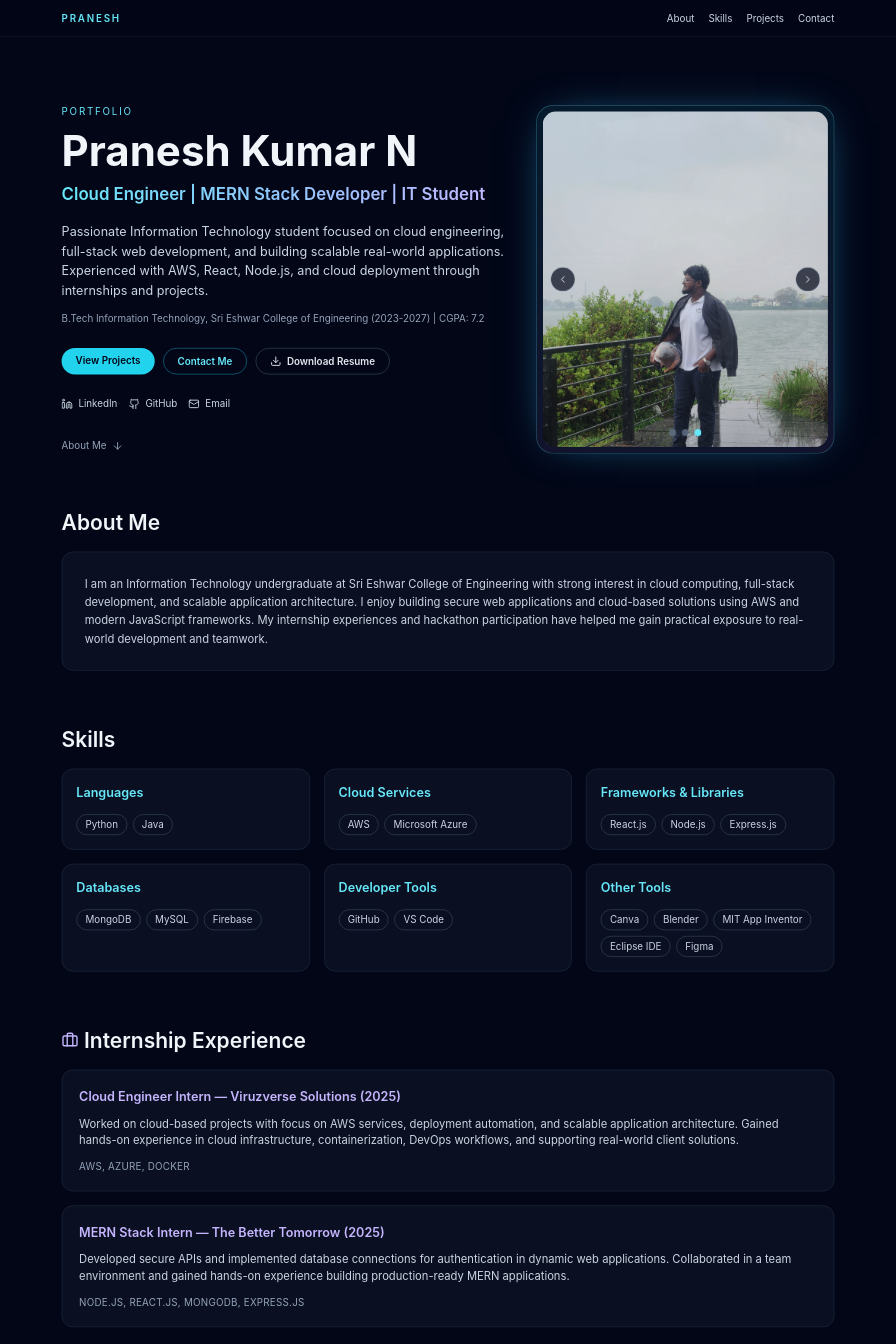
Repository: PRANEESSHHH/Portfolio
Page: /
These files come from the project's save history. The page is drawn as it stood at one moment and after the next save; the edit follows.
The browser window is 1280 px wide. The pictures show the part of the page from y = 0 to 1920 px (the page is 3549 px tall before and 3305 px after), at 70% of full size.
The project was rebuilt for these pictures with package versions that can differ from the ones it lists, and the page was loaded fresh each time. Also part of the build but not shown: vite.config.ts. Imported but missing from the stored project, and not drawn on this page: resume/PRANESH KUMAR N RESUME .pdf.

Above is the page before, as saved 2026-05-28 15:41:48.

### index.html
<!doctype html>
<html lang="en">
  <head>
    <meta charset="UTF-8" />
    <link rel="icon" type="image/svg+xml" href="/vite.svg" />
    <meta name="viewport" content="width=device-width, initial-scale=1.0" />
    <title data-default>Vite + React + TS</title>
    <meta property="og:image" content="https://bolt.new/static/og_default.png" />
    <meta name="twitter:card" content="summary_large_image" />
    <meta name="twitter:image" content="https://bolt.new/static/og_default.png" />
  </head>
  <body>
    <div id="root"></div>
    <script type="module" src="/src/main.tsx"></script>
  </body>
</html>

### src/App.tsx
import { type ReactNode, useEffect, useRef, useState } from 'react';
import {
  ArrowDown,
  Briefcase,
  ChevronLeft,
  ChevronRight,
  Download,
  Github,
  Linkedin,
  Mail,
  Phone,
  Trophy,
} from 'lucide-react';
import resumeFile from '../resume/PRANESH KUMAR N RESUME .pdf';

type SkillGroup = {
  title: string;
  items: string[];
};

type RevealProps = {
  id?: string;
  className?: string;
  children: ReactNode;
};

const skillGroups: SkillGroup[] = [
  { title: 'Languages', items: ['Python', 'Java'] },
  { title: 'Cloud Services', items: ['AWS', 'Microsoft Azure'] },
  { title: 'Frameworks & Libraries', items: ['React.js', 'Node.js', 'Express.js'] },
  { title: 'Databases', items: ['MongoDB', 'MySQL', 'Firebase'] },
  { title: 'Developer Tools', items: ['GitHub', 'VS Code'] },
  { title: 'Other Tools', items: ['Canva', 'Blender', 'MIT App Inventor', 'Eclipse IDE', 'Figma'] },
];

const internships = [
  {
    title: 'Cloud Engineer Intern — Viruzverse Solutions (2025)',
    description:
      'Worked on cloud-based projects with focus on AWS services, deployment automation, and scalable application architecture. Gained hands-on experience in cloud infrastructure, containerization, DevOps workflows, and supporting real-world client solutions.',
    stack: 'AWS, Azure, Docker',
  },
  {
    title: 'MERN Stack Intern — The Better Tomorrow (2025)',
    description:
      'Developed secure APIs and implemented database connections for authentication in dynamic web applications. Collaborated in a team environment and gained hands-on experience building production-ready MERN applications.',
    stack: 'Node.js, React.js, MongoDB, Express.js',
  },
];

const projects = [
  {
    title: 'CloudCrypt — Encrypted Cloud Storage Platform',
    description:
      'Developed a secure cloud file storage platform with encrypted file upload, file management, and monitoring using scalable AWS services.',
    stack: 'React, AWS S3, DynamoDB, Amplify',
  },
  {
    title: 'Thozhan — Job Portal for Blue Collar Workers',
    description:
      'Built a platform connecting blue-collar job seekers with employers across construction, transportation, manufacturing, and service industries. Included job posting and profile management features.',
    stack: 'React, Node.js, MongoDB, Express.js',
  },
  {
    title: 'Udhaviyaalan — Smart Emergency Response System',
    description:
      'Built a real-time emergency response system connecting users, ambulance drivers, hospitals, and police. Added GPS-based ambulance dispatch, hospital recommendations, and live tracking.',
    stack: 'Firebase, GPS tracking',
  },
];

const certifications = [
  'AWS Cloud Practitioner',
  'Mastering Data Structures & Algorithms using C and C++',
  'SQL Intermediate — HackerRank',
  'Web Development Internship — Better Tomorrow',
  'JavaScript — EduPyramids',
];

const achievements = [
  'CloudVerse Hackathon — Second Prize',
  'HackerRank Bronze Level (Java & C++)',
  'Skillrack — 200+ problems solved in Java and MySQL',
];

const imageModules = import.meta.glob('../assests/*.{jpg,jpeg,png,webp,avif}', {
  eager: true,
  import: 'default',
}) as Record<string, string>;

const heroImages = Object.entries(imageModules)
  .sort(([a], [b]) => a.localeCompare(b))
  .map(([, src]) => src);

function RevealSection({ id, className = '', children }: RevealProps) {
  const [isVisible, setIsVisible] = useState(false);
  const sectionRef = useRef<HTMLElement | null>(null);

  useEffect(() => {
    const currentRef = sectionRef.current;
    if (!currentRef) {
      return;
    }

    const observer = new IntersectionObserver(
      ([entry]) => {
        if (entry.isIntersecting) {
          setIsVisible(true);
          observer.unobserve(entry.target);
        }
      },
      { threshold: 0.2 },
    );

    observer.observe(currentRef);

    return () => observer.disconnect();
  }, []);

  return (
    <section
      id={id}
      ref={sectionRef}
      className={`transition-all duration-700 ${className} ${
        isVisible ? 'translate-y-0 opacity-100' : 'translate-y-6 opacity-0'
      }`}
    >
      {children}
    </section>
  );
}

function App() {
  const [currentSlide, setCurrentSlide] = useState(0);

  useEffect(() => {
    if (heroImages.length <= 1) {
      return;
    }

    const intervalId = window.setInterval(() => {
      setCurrentSlide((prev) => (prev + 1) % heroImages.length);
    }, 3000);

    return () => window.clearInterval(intervalId);
  }, []);

  const showPrevious = () => {
    setCurrentSlide((prev) => (prev - 1 + heroImages.length) % heroImages.length);
  };

  const showNext = () => {
    setCurrentSlide((prev) => (prev + 1) % heroImages.length);
  };

  return (
    <main className="min-h-screen bg-slate-950 text-slate-100">
      <div className="pointer-events-none fixed inset-0 -z-10 bg-[radial-gradient(circle_at_top_right,rgba(56,189,248,0.14),transparent_45%),radial-gradient(circle_at_bottom_left,rgba(139,92,246,0.16),transparent_50%)]" />

      <header className="sticky top-0 z-50 border-b border-slate-800/70 bg-slate-950/80 backdrop-blur">
        <nav className="mx-auto flex max-w-6xl items-center justify-between px-6 py-4">
          <a href="#home" className="text-sm font-semibold tracking-[0.18em] text-cyan-300">
            PRANESH
          </a>
          <div className="hidden gap-5 text-sm text-slate-300 md:flex">
            <a className="hover:text-cyan-300" href="#about">About</a>
            <a className="hover:text-cyan-300" href="#skills">Skills</a>
            <a className="hover:text-cyan-300" href="#projects">Projects</a>
            <a className="hover:text-cyan-300" href="#contact">Contact</a>
          </div>
        </nav>
      </header>

      <RevealSection id="home" className="mx-auto max-w-6xl px-6 pt-16 md:pt-24">
        <div className="grid items-center gap-10 lg:grid-cols-[1.2fr_0.8fr]">
          <div>
            <p className="text-sm uppercase tracking-[0.18em] text-cyan-300">Portfolio</p>
            <h1 className="mt-4 text-4xl font-bold leading-tight md:text-6xl">
              Pranesh Kumar N
            </h1>
            <p className="mt-4 bg-gradient-to-r from-cyan-300 via-blue-300 to-violet-300 bg-clip-text text-xl font-semibold text-transparent md:text-2xl">
              Cloud Engineer | MERN Stack Developer | IT Student
            </p>
            <p className="mt-6 max-w-3xl text-base text-slate-300 md:text-lg">
              Passionate Information Technology student focused on cloud engineering, full-stack web development,
              and building scalable real-world applications. Experienced with AWS, React, Node.js, and cloud deployment
              through internships and projects.
            </p>
            <p className="mt-4 text-sm text-slate-400">
              B.Tech Information Technology, Sri Eshwar College of Engineering (2023-2027) | CGPA: 7.2
            </p>

            <div className="mt-8 flex flex-wrap gap-3">
              <a
                href="#projects"
                className="rounded-full bg-cyan-400 px-5 py-2 text-sm font-semibold text-slate-950 transition hover:-translate-y-0.5 hover:bg-cyan-300"
              >
                View Projects
              </a>
              <a
                href="#contact"
                className="rounded-full border border-cyan-400/50 px-5 py-2 text-sm font-semibold text-cyan-300 transition hover:-translate-y-0.5 hover:border-cyan-300"
              >
                Contact Me
              </a>
              <a
                href={resumeFile}
                download="Pranesh-Kumar-N-Resume.pdf"
                className="inline-flex items-center gap-2 rounded-full border border-slate-700 px-5 py-2 text-sm font-semibold text-slate-200 transition hover:-translate-y-0.5 hover:border-violet-400 hover:text-violet-300"
              >
                <Download size={16} />
                Download Resume
              </a>
            </div>

            <div className="mt-8 flex flex-wrap gap-4 text-sm">
              <a className="inline-flex items-center gap-2 text-slate-300 hover:text-cyan-300" href="https://linkedin.com" target="_blank" rel="noreferrer">
                <Linkedin size={16} />
                LinkedIn
              </a>
              <a className="inline-flex items-center gap-2 text-slate-300 hover:text-cyan-300" href="https://github.com" target="_blank" rel="noreferrer">
                <Github size={16} />
                GitHub
              </a>
              <a className="inline-flex items-center gap-2 text-slate-300 hover:text-cyan-300" href="mailto:pranesh@example.com">
                <Mail size={16} />
                Email
              </a>
            </div>
            <a href="#about" className="mt-10 inline-flex items-center gap-2 text-sm text-slate-400 hover:text-cyan-300">
              About Me <ArrowDown size={16} />
            </a>
          </div>

          <div className="mx-auto w-full max-w-xs md:max-w-sm lg:max-w-md">
            <div className="rounded-3xl border border-cyan-300/30 bg-gradient-to-b from-cyan-400/10 to-violet-400/10 p-2 shadow-[0_0_60px_-25px_rgba(56,189,248,0.7)]">
              <div className="relative h-[420px] w-full overflow-hidden rounded-[1.25rem] md:h-[480px]">
                {heroImages.map((image, index) => (
                  <img
                    key={image}
                    src={image}
                    alt={`Pranesh Kumar N ${index + 1}`}
                    className={`absolute inset-0 h-full w-full object-cover object-top transition-opacity duration-700 ${
                      index === currentSlide ? 'opacity-100' : 'opacity-0'
                    }`}
                  />
                ))}

                {heroImages.length > 1 && (
                  <>
                    <button
                      type="button"
                      onClick={showPrevious}
                      className="absolute left-3 top-1/2 -translate-y-1/2 rounded-full border border-slate-700/80 bg-slate-950/70 p-2 text-slate-200 transition hover:border-cyan-300 hover:text-cyan-300"
                      aria-label="Previous image"
                    >
                      <ChevronLeft size={16} />
                    </button>
                    <button
                      type="button"
                      onClick={showNext}
                      className="absolute right-3 top-1/2 -translate-y-1/2 rounded-full border border-slate-700/80 bg-slate-950/70 p-2 text-slate-200 transition hover:border-cyan-300 hover:text-cyan-300"
                      aria-label="Next image"
                    >
                      <ChevronRight size={16} />
                    </button>
                    <div className="absolute bottom-4 left-1/2 flex -translate-x-1/2 gap-2">
                      {heroImages.map((image, index) => (
                        <button
                          key={`${image}-dot`}
                          type="button"
                          onClick={() => setCurrentSlide(index)}
                          className={`h-2.5 w-2.5 rounded-full transition ${
                            index === currentSlide ? 'bg-cyan-300' : 'bg-slate-500/80 hover:bg-slate-300'
                          }`}
                          aria-label={`Go to image ${index + 1}`}
                        />
                      ))}
                    </div>
                  </>
                )}
              </div>
            </div>
          </div>
        </div>
      </RevealSection>

      <RevealSection id="about" className="mx-auto mt-20 max-w-6xl px-6">
        <h2 className="text-2xl font-semibold md:text-3xl">About Me</h2>
        <div className="mt-6 rounded-2xl border border-slate-800 bg-slate-900/60 p-6 md:p-8">
          <p className="leading-relaxed text-slate-300">
            I am an Information Technology undergraduate at Sri Eshwar College of Engineering with strong interest in cloud computing,
            full-stack development, and scalable application architecture. I enjoy building secure web applications and cloud-based solutions
            using AWS and modern JavaScript frameworks. My internship experiences and hackathon participation have helped me gain practical
            exposure to real-world development and teamwork.
          </p>
        </div>
      </RevealSection>

      <RevealSection id="skills" className="mx-auto mt-20 max-w-6xl px-6">
        <h2 className="text-2xl font-semibold md:text-3xl">Skills</h2>
        <div className="mt-6 grid gap-5 md:grid-cols-2 xl:grid-cols-3">
          {skillGroups.map((group) => (
            <article
              key={group.title}
              className="rounded-2xl border border-slate-800 bg-slate-900/60 p-5 transition hover:-translate-y-1 hover:border-cyan-400/50"
            >
              <h3 className="text-lg font-semibold text-cyan-300">{group.title}</h3>
              <div className="mt-4 flex flex-wrap gap-2">
                {group.items.map((item) => (
                  <span key={item} className="rounded-full border border-slate-700 px-3 py-1 text-sm text-slate-300">
                    {item}
                  </span>
                ))}
              </div>
            </article>
          ))}
        </div>
      </RevealSection>

      <RevealSection className="mx-auto mt-20 max-w-6xl px-6">
        <h2 className="inline-flex items-center gap-2 text-2xl font-semibold md:text-3xl">
          <Briefcase size={24} className="text-violet-300" />
          Internship Experience
        </h2>
        <div className="mt-6 space-y-5">
          {internships.map((internship) => (
            <article
              key={internship.title}
              className="rounded-2xl border border-slate-800 bg-slate-900/60 p-6 transition hover:border-violet-400/50"
            >
              <h3 className="text-lg font-semibold text-violet-300">{internship.title}</h3>
              <p className="mt-3 text-slate-300">{internship.description}</p>
              <p className="mt-4 text-sm uppercase tracking-wide text-slate-400">{internship.stack}</p>
            </article>
          ))}
        </div>
      </RevealSection>

      <RevealSection id="projects" className="mx-auto mt-20 max-w-6xl px-6">
        <h2 className="text-2xl font-semibold md:text-3xl">Projects</h2>
        <div className="mt-6 grid gap-5 md:grid-cols-3">
          {projects.map((project) => (
            <article
              key={project.title}
              className="rounded-2xl border border-slate-800 bg-slate-900/60 p-5 transition duration-300 hover:-translate-y-1 hover:border-cyan-400/50 hover:shadow-[0_0_30px_-12px_rgba(56,189,248,0.6)]"
            >
              <h3 className="text-lg font-semibold text-cyan-300">{project.title}</h3>
              <p className="mt-3 text-sm text-slate-300">{project.description}</p>
              <p className="mt-4 text-xs uppercase tracking-wide text-slate-400">{project.stack}</p>
            </article>
          ))}
        </div>
      </RevealSection>

      <RevealSection className="mx-auto mt-20 max-w-6xl px-6">
        <h2 className="text-2xl font-semibold md:text-3xl">Certifications</h2>
        <div className="mt-6 grid gap-4 md:grid-cols-2">
          {certifications.map((certification) => (
            <article
              key={certification}
              className="rounded-xl border border-slate-800 bg-slate-900/60 px-4 py-4 text-slate-200 transition hover:border-cyan-400/50"
            >
              {certification}
            </article>
          ))}
        </div>
      </RevealSection>

      <RevealSection className="mx-auto mt-20 max-w-6xl px-6">
        <h2 className="inline-flex items-center gap-2 text-2xl font-semibold md:text-3xl">
          <Trophy size={24} className="text-amber-300" />
          Achievements
        </h2>
        <div className="mt-6 grid gap-4 md:grid-cols-3">
          {achievements.map((achievement) => (
            <article
              key={achievement}
              className="rounded-xl border border-slate-800 bg-slate-900/60 px-4 py-4 text-slate-200 transition hover:border-amber-300/50"
            >
              {achievement}
            </article>
          ))}
        </div>
      </RevealSection>

      <RevealSection id="contact" className="mx-auto mt-20 max-w-6xl px-6 pb-16">
        <h2 className="text-2xl font-semibold md:text-3xl">Contact</h2>
        <div className="mt-6 grid gap-6 md:grid-cols-2">
          <div className="rounded-2xl border border-slate-800 bg-slate-900/60 p-6">
            <p className="inline-flex items-center gap-2 text-slate-300">
              <Phone size={16} className="text-cyan-300" /> Phone: +91 90253 22858 .
            </p>
            <p className=" mt-3 inline-flex items-center gap-2 text-slate-300">
              <Mail size={16} className="text-cyan-300" /> Email: pranesh3620@gmail.com
            </p>
            <p className="mt-3 text-slate-300">LinkedIn: linkedin.com</p>
            <p className="mt-3 text-slate-300">GitHub: github.com</p>
          </div>
          <form className="rounded-2xl border border-slate-800 bg-slate-900/60 p-6">
            <label className="text-sm text-slate-300" htmlFor="name">Name</label>
            <input
              id="name"
              type="text"
              className="mt-2 w-full rounded-lg border border-slate-700 bg-slate-950 px-3 py-2 text-slate-100 outline-none transition focus:border-cyan-400"
            />
            <label className="mt-4 block text-sm text-slate-300" htmlFor="email">Email</label>
            <input
              id="email"
              type="email"
              className="mt-2 w-full rounded-lg border border-slate-700 bg-slate-950 px-3 py-2 text-slate-100 outline-none transition focus:border-cyan-400"
            />
            <label className="mt-4 block text-sm text-slate-300" htmlFor="message">Message</label>
            <textarea
              id="message"
              rows={4}
              className="mt-2 w-full rounded-lg border border-slate-700 bg-slate-950 px-3 py-2 text-slate-100 outline-none transition focus:border-cyan-400"
            />
            <button
              type="submit"
              className="mt-4 rounded-full bg-gradient-to-r from-cyan-400 to-violet-400 px-5 py-2 font-semibold text-slate-950 transition hover:-translate-y-0.5"
            >
              Send
            </button>
          </form>
        </div>
      </RevealSection>

      <footer className="border-t border-slate-800 py-6 text-center text-sm text-slate-400">
        © 2026 Pranesh Kumar N. Built with React & Tailwind.
      </footer>
    </main>
  );
}

export default App;

### src/index.css
@tailwind base;
@tailwind components;
@tailwind utilities;

html {
  scroll-behavior: smooth;
}

body {
  margin: 0;
  min-height: 100vh;
  background: #020617;
  color: #e2e8f0;
  font-family: Inter, ui-sans-serif, system-ui, -apple-system, Segoe UI, Roboto, Helvetica, Arial, sans-serif;
}

Loaded but not shown: src/main.tsx (common file); tailwind.config.js (common file)

After the next save:
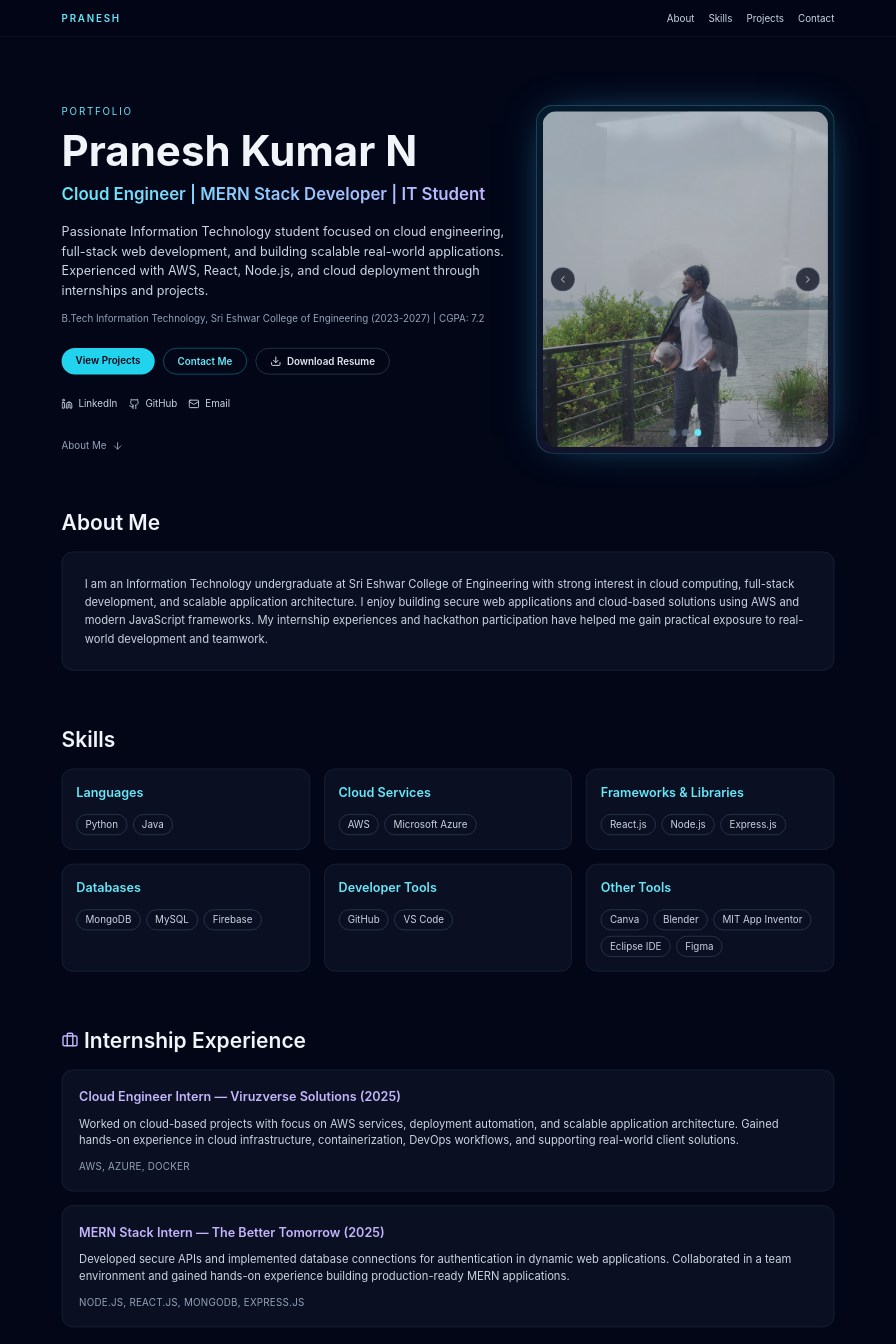
Saved 42 s later.
--- a/src/App.tsx
+++ b/src/App.tsx
@@ -397,32 +397,7 @@ function App() {
             <p className="mt-3 text-slate-300">LinkedIn: linkedin.com</p>
             <p className="mt-3 text-slate-300">GitHub: github.com</p>
           </div>
-          <form className="rounded-2xl border border-slate-800 bg-slate-900/60 p-6">
-            <label className="text-sm text-slate-300" htmlFor="name">Name</label>
-            <input
-              id="name"
-              type="text"
-              className="mt-2 w-full rounded-lg border border-slate-700 bg-slate-950 px-3 py-2 text-slate-100 outline-none transition focus:border-cyan-400"
-            />
-            <label className="mt-4 block text-sm text-slate-300" htmlFor="email">Email</label>
-            <input
-              id="email"
-              type="email"
-              className="mt-2 w-full rounded-lg border border-slate-700 bg-slate-950 px-3 py-2 text-slate-100 outline-none transition focus:border-cyan-400"
-            />
-            <label className="mt-4 block text-sm text-slate-300" htmlFor="message">Message</label>
-            <textarea
-              id="message"
-              rows={4}
-              className="mt-2 w-full rounded-lg border border-slate-700 bg-slate-950 px-3 py-2 text-slate-100 outline-none transition focus:border-cyan-400"
-            />
-            <button
-              type="submit"
-              className="mt-4 rounded-full bg-gradient-to-r from-cyan-400 to-violet-400 px-5 py-2 font-semibold text-slate-950 transition hover:-translate-y-0.5"
-            >
-              Send
-            </button>
-          </form>
+          ?
         </div>
       </RevealSection>
 
